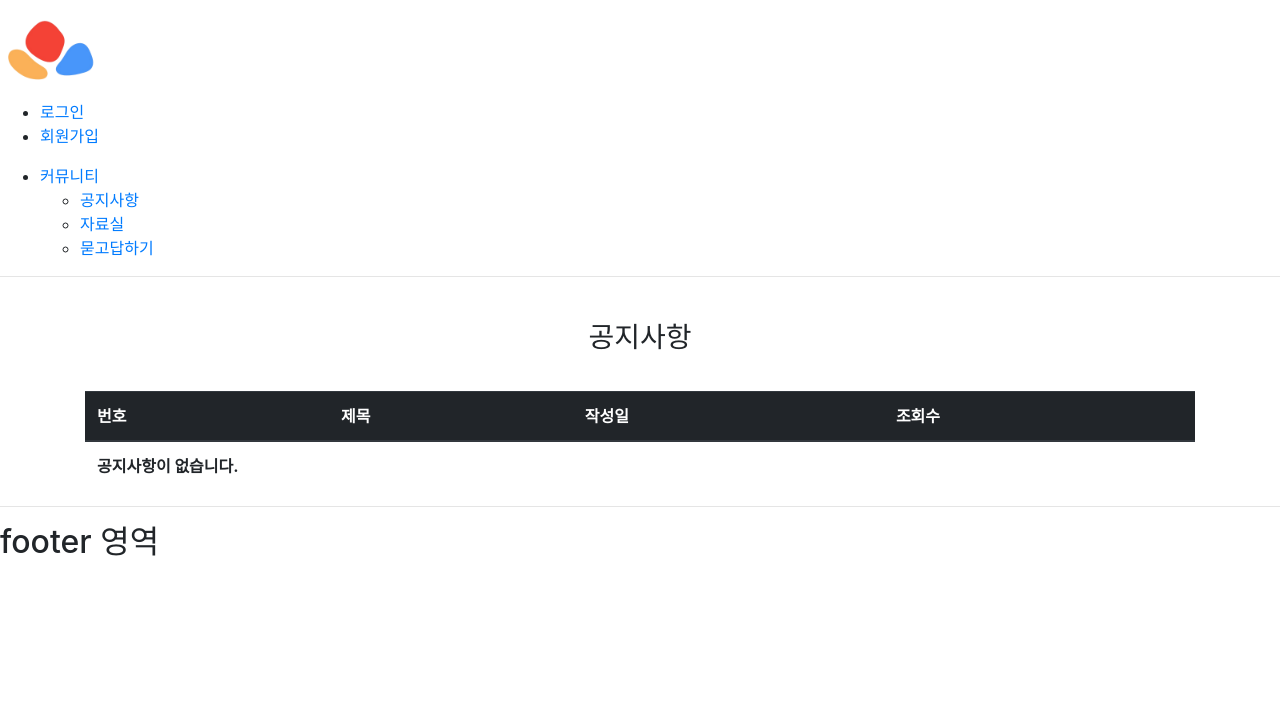
Repository: rnjsmj/pro01
Page: http://localhost/pro01/notice/noticeList.jsp
These files come from the project's save history. The page is drawn as it stood at one moment and after the next save; the edit follows.
The browser window is 1280 px wide. The pictures show the whole page.
The page is served by Tomcat 9. Nobody is signed in. The application's start-up code is not run. The template is opened directly, without the code that normally fills it, so the values that code supplies are empty.

Above is the page before, as saved 2024-04-04 06:03:15.

After the next save:
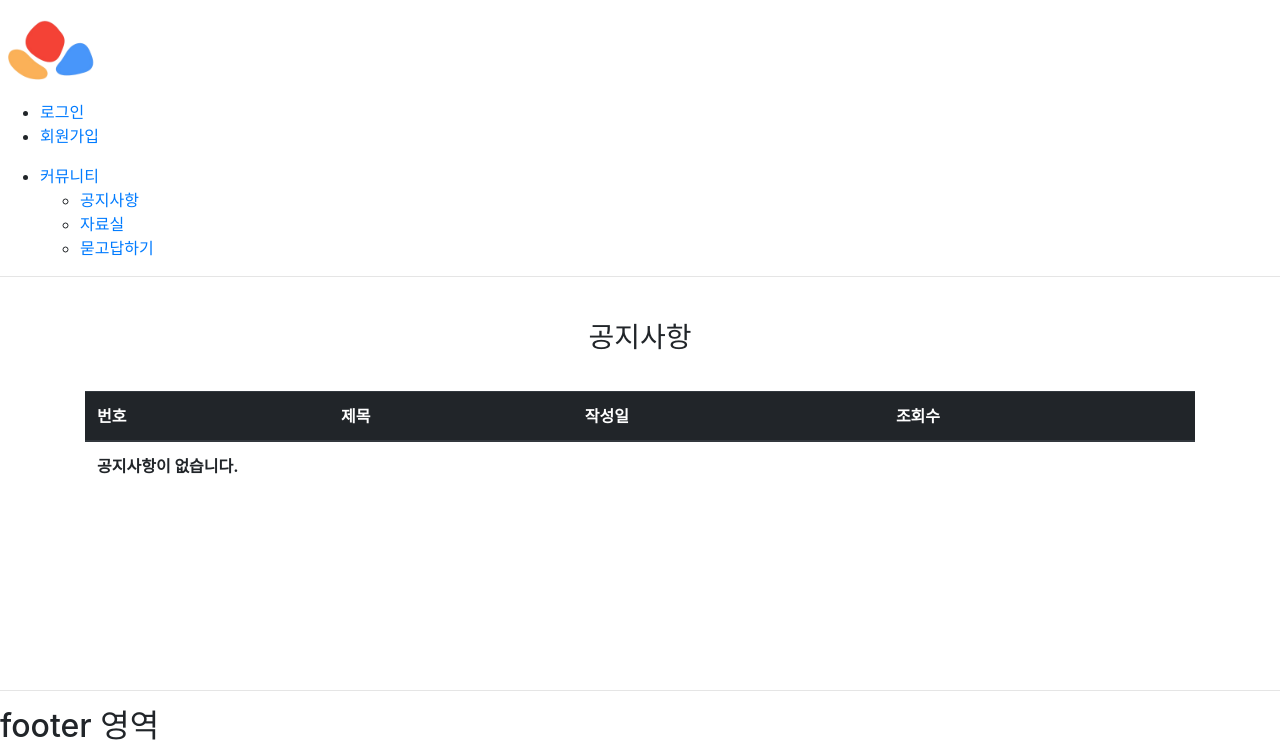
Saved 11 s later.
--- a/pro01/WebContent/notice/noticeList.jsp
+++ b/pro01/WebContent/notice/noticeList.jsp
@@ -11,7 +11,7 @@
 <%@ include file="/head.jsp" %>
 <style>
 	.title { text-align:center; padding:1em;}
-	.table { padding-bottom: 500px;}
+	.table { margin-bottom: 200px;}
 </style>
 </head>
 <body>
